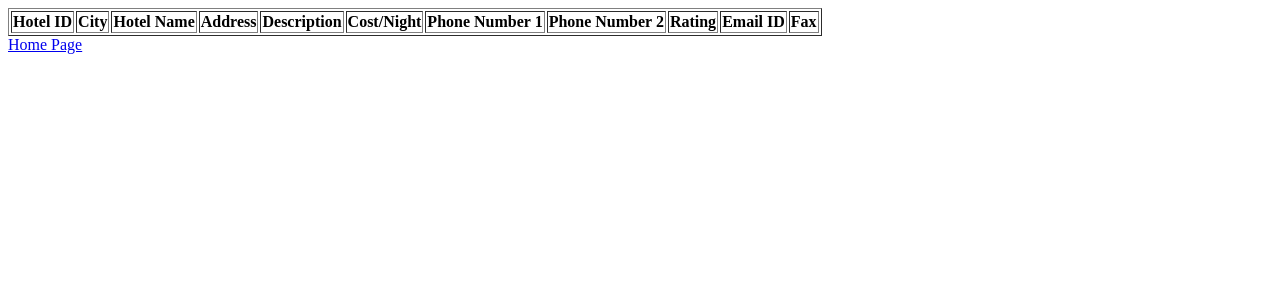
Repository: dishangjain/SpringProject
Page: http://localhost/HotelBookingManagementSystem/JSPs/HotelList.jsp
The author's editor kept a copy of each file at every save. The page is drawn from the files as they stood at one save, then again after the next save.
The browser window is 1280 px wide. The pictures show the whole page.
The page is served by Tomcat 9. Nobody is signed in. The application's start-up code is not run. Other server files are loaded and not shown. The template is opened directly, without the code that normally fills it, so the values that code supplies are empty.

Above is the page before, as saved 2017-10-14 12:50:25.

### HotelBookingManagementSystem/WebContent/JSPs/HotelList.jsp
<%@ page language="java" contentType="text/html; charset=ISO-8859-1"
    pageEncoding="ISO-8859-1"%>
     <%@ taglib uri="http://java.sun.com/jsp/jstl/core" prefix="c"%>
<!DOCTYPE html PUBLIC "-//W3C//DTD HTML 4.01 Transitional//EN" "http://www.w3.org/TR/html4/loose.dtd">
<html>
	<head>
		<meta http-equiv="Content-Type" content="text/html; charset=ISO-8859-1">
		<title>Insert title here</title>
	</head>
	<body>


		<table border="1">
			<tr>
				<th>Hotel ID</th>
				<th>City</th>
				<th>Hotel Name</th>
				<th>Address</th>
				<th>Description</th>
				<th>Cost/Night</th>
				<th>Phone Number 1</th>
				<th>Phone Number 2</th>
				<th>Rating</th>
				<th>Email ID</th>
				<th>Fax</th>
			</tr>
			<c:forEach items="${hotelList }" var="hotel">
				<tr>
					<td>${hotel.hotelID }</td>
					<td>${hotel.city }</td>
					<td>${hotel.hotelName }</td>
					<td>${hotel.address }</td>
					<td>${hotel.description }</td>
					<td>${hotel.avgRatePerNight }</td>
					<td>${hotel.phoneNumber1 }</td>
					<td>${hotel.phoneNumber2 }</td>
					<td>${hotel.rating }</td>
					<td>${hotel.email }</td>
					<td>${hotel.fax }</td>

				</tr>
			</c:forEach>
		</table>
		<a href="getHomePage.do">Home Page</a>


	</body>
</html>

### HotelBookingManagementSystem/WebContent/scripts/MyJsLib.js
$(document).ready(
	function(){
		$("h1").css({"color":"green", "font-size":"30px", "text-align":"center"});
		$("h3").css({"color":"darkgreen", "font-size":"22px", "text-align":"center"});

		$("#mainMenu a").hover(
			function(){
				$(this).css({ "color":"red", "font-size":"18px"});
			},
			function(){
				$(this).css({ "color":"blue", "font-size":"16px"});
			}
		)

		$("table tr:odd").css({ "background-color":"lightblue"});
		$("table tr:even").css({ "background-color":"lightgreen"});
	}
);

Loaded but not shown: HotelBookingManagementSystem/WebContent/scripts/jquery-1.12.3.js (library)

After the next save:
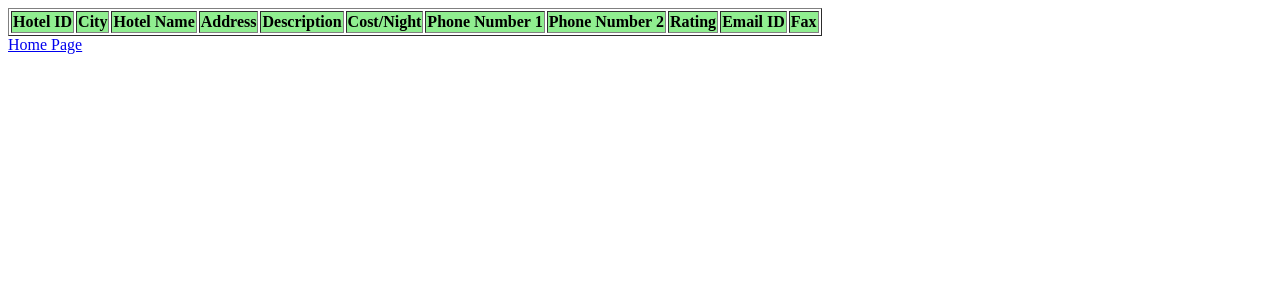
Saved 50 s later.
--- a/HotelBookingManagementSystem/WebContent/JSPs/HotelList.jsp
+++ b/HotelBookingManagementSystem/WebContent/JSPs/HotelList.jsp
@@ -6,6 +6,8 @@
 	<head>
 		<meta http-equiv="Content-Type" content="text/html; charset=ISO-8859-1">
 		<title>Insert title here</title>
+		<script type="text/javascript" src="scripts/jquery-1.12.3.js"></script>
+		<script type="text/javascript" src="scripts/MyJsLib.js"></script>
 	</head>
 	<body>
 
